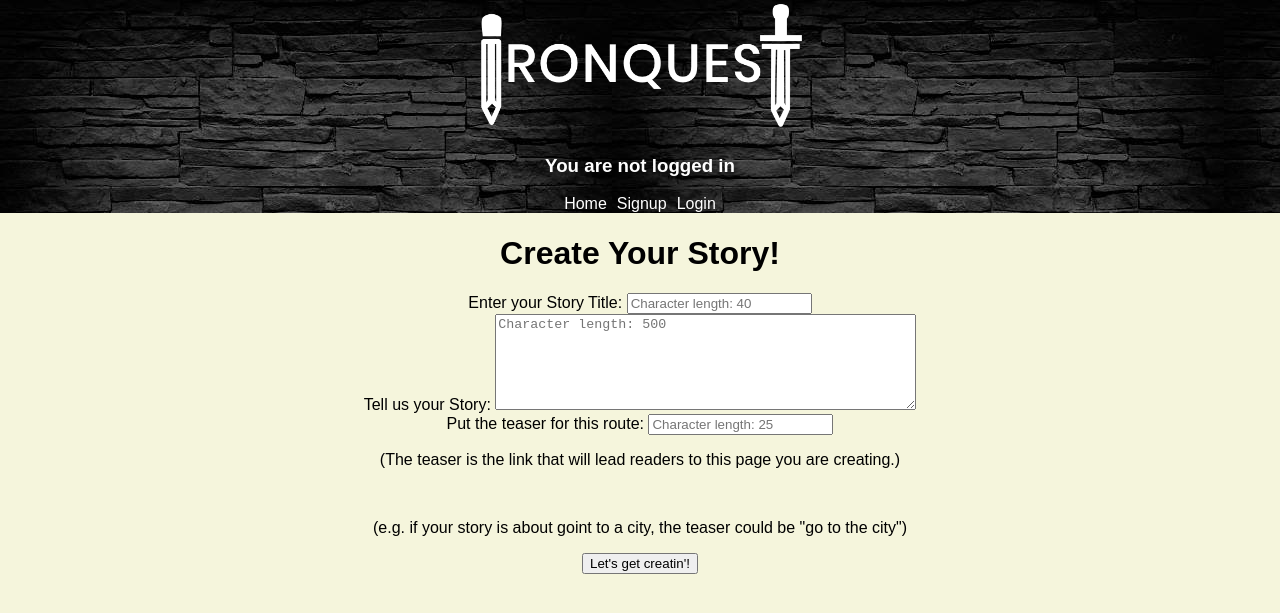
Repository: MikeTroianello/project4
Page: /createstory (app in client/)
An editor plug-in stored every save of this project. The page is shown before and after the next save, followed by the edit.
The browser window is 1280 px wide. The pictures show the whole page.
The project was rebuilt for these pictures with package versions that can differ from the ones it lists, and the page was loaded fresh each time. Also part of the build but not shown: client/src/components/pages/StoryPage.jsx, client/src/components/pages/ReadStory.jsx, client/src/components/pages/Home.jsx, client/src/components/pages/Login.jsx, client/src/components/pages/Signup.jsx, client/src/components/pages/Profile.jsx.

Above is the page before, as saved 2019-03-22 12:11:40.

After the next save:
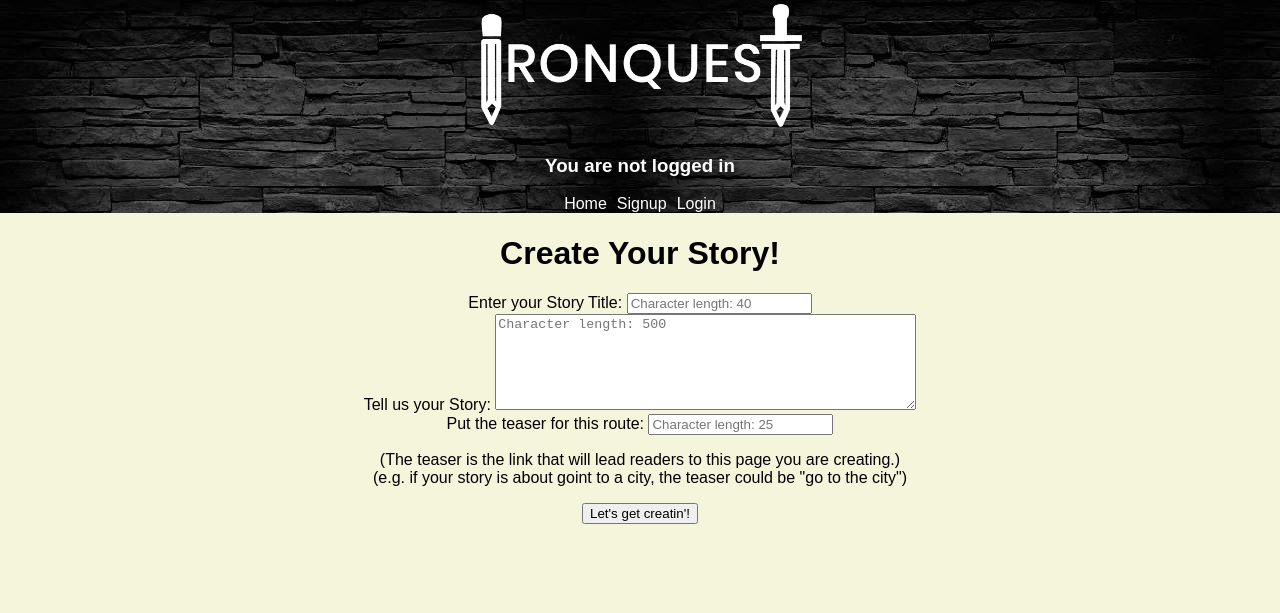
Saved 14 s later.
--- a/client/src/components/pages/CreateStory.jsx
+++ b/client/src/components/pages/CreateStory.jsx
@@ -72,8 +72,8 @@
             placeholder="Character length: 25"
             onChange={this.handleInputChange}
             /> <br></br>
-            <p>(The teaser is the link that will lead readers to this page you are creating.)</p><br></br>
-            <p>(e.g. if your story is about goint to a city, the teaser could be "go to the city")</p>
+            <p>(The teaser is the link that will lead readers to this page you are creating.)<br></br>
+           (e.g. if your story is about goint to a city, the teaser could be "go to the city")</p>
           {/* <button onClick={(e) => this.handleClick}>Let's get creatin'!</button> */}
           <button>Let's get creatin'!</button>
 
